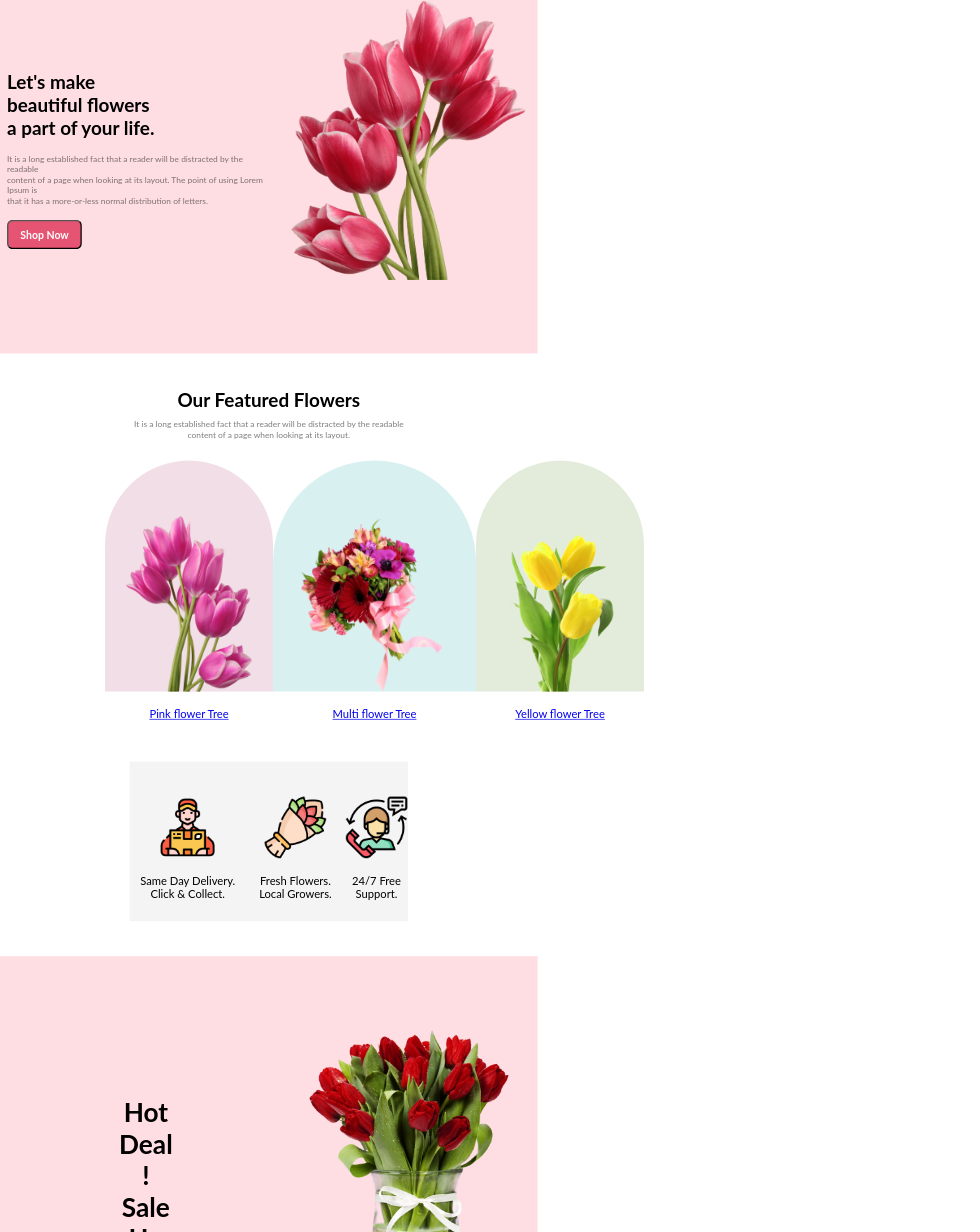
Repository: sadiaafsana138/Flower-Shop_Responsive
Page: index.html
The author's editor kept a copy of each file at every save. The page is drawn from the files as they stood at one save, then again after the next save.
The browser window is 768 px wide. The page is 1400 px wide, so the pictures cover 1400 px, including what lies to the right of the window. The pictures show the part of the page from y = 0 to 1760 px (the page is 3534 px tall), at 70% of full size.

Above is the page before, as saved 2023-09-07 05:22:00.

### index.html
<!DOCTYPE html>
<html lang="en">

<head>
    <meta charset="UTF-8">
    <meta name="viewport" content="width=device-width, initial-scale=1.0">
    <title>Flower Shop</title>
    <link rel="stylesheet" href="Flower.css">
</head>
<body>
    <header>
        <section class="Section1">
            <div>
                <div id="HeaderText1">
                    <h1>
                        Let's make<br>beautiful flowers<br>a part of your life.
                    </h1>
                </div>
                <div id="HeaderText2">
                    <p>
                        It is a long established fact that a reader will be distracted by the readable<br>content of a
                        page when looking at its layout. The point of using Lorem Ipsum is<br>that it has a more-or-less
                        normal distribution of letters.
                    </p>
                </div>
                <button class="Main_button">
                    Shop Now
                </button>
            </div>
            <div class="flowerBanner">
                <img src="Images/1.png" alt="Cover image" height="500px" width="400px">
            </div>
        </section>
    </header>
    <main>
        <section class="Section2">
            <div>
                <div id="Section_2_header1">
                    <h1>
                        Our Featured Flowers
                    </h1>
                </div>
                <div>
                    <p id="Section_2_header2">
                        It is a long established fact that a reader will be distracted by the readable<br>content of a
                        page when looking at its layout.
                    </p>
                </div>
            </div>
            <div class="Section_2_pictures">
                <div id="sec2_pic1">
                    <img src="Images/2.png" alt="" height="250px" width="180px">
                    <br>
                    <br>
                    <a href="https://flowersourcebd.com/" target="_blank">
                        Pink flower Tree
                    </a>
                </div>
                <div id="sec2_pic2">
                    <img src="Images/3.png" alt="" height="250px" width="230px">
                    <br>
                    <br>
                    <a href="https://flowersourcebd.com/" target="_blank">
                        Multi flower Tree
                    </a>
                </div>
                <div id="sec2_pic3">
                    <img src="Images/4.png" alt="" height="250px" width="180px">
                    <br>
                    <br>
                    <a href="https://flowersourcebd.com/" target="_blank">
                        Yellow flower Tree
                    </a>
                </div>
            </div>
        </section>
        <section class="Section3">
            <div class="Sec3_pic">
                <div>
                    <img src="Images/5.png" alt="">
                    <br>
                    <br>
                    <p>Same Day Delivery. Click & Collect.</p>
                </div>
                <div>
                    <img src="Images/6.png" alt="">
                    <br>
                    <br>
                    <p>Fresh Flowers. Local Growers.</p>
                </div>
                <div>
                    <img src="Images/7.png" alt="">
                    <br>
                    <br>
                    <p>24/7 Free Support.</p>
                </div>
            </div>
        </section>
        <section class="Section4">
            <div>
                <div id="Sec4_text1">
                    <h1>
                        Hot Deal ! Sale Up To 25% <span id="off_color">Off</span>
                    </h1>
                </div>
                <br>
                <div id="Sec4_text2">
                    <p>
                        It is a long established fact that a reader will be distracted by the readable<br>content of a page when looking at its layout.
                    </p>
                </div>
                <br>
                <button class="Main_button">
                    Sign Up
                </button>
            </div>
            <div id="sec4_vas">
                <img src="Images/8.png" alt="" height="380px" width="300px">
            </div>
        </section>
        <section class="Section5">
            <div>
                <div id="Section_2_header1">
                    <h1>
                        Instagram
                    </h1>
                </div>
                <div>
                    <p id="Section_2_header2">
                        It is a long established fact that a reader will be distracted by the readable<br>content of a
                        page when looking at its layout.
                    </p>
                </div>
            </div>
            <div class="Section_2_pictures">
                <div>
                    <img src="Images/9.png" alt="" height="250px" width="200px">
                </div>
                <div>
                    <img src="Images/10.png" alt="" height="250px" width="200px">
                </div>
                <div>
                    <img src="Images/11.png" alt="" height="250px" width="200px">
                </div>
                <div>
                    <img src="Images/12.png" alt="" height="250px" width="200px">
                </div>
            </div>
        </section>
        <section class="Section6">
            <div>
                <img src="Images/14.png" alt="" height="320px" width="700px">
                <br>
                <button class="ways">
                    See more
                </button>
            </div>
            <div>
                <img src="Images/15.png" alt="" height="320px" width="700px">
                <br>
                <input type="text" placeholder="Write your meessage here" size="50">
                <button class="message">
                    Submit
                </button>
            </div>
        </section>
        <section class="Section7">
            <div class="Sec7">
                <div id="Section_2_header1">
                    <h1>
                        Get The Latest Deals
                    </h1>
                </div>
                <div>
                    <p id="Section_2_header2">
                        $30 coupon for first shopping
                    </p>
                </div>
                <div>
                    <input type="email" placeholder="Input your Email Id here" size="50">
                <button class="message">
                    Subscribe
                </button>
                </div>
            </div>
        </section>
    </main>
    <footer>
        <section class="Section8">
            <div>
                <div id="Sec4_text1">
                    <h1>
                        <span id="off_color">Flower</span><span class="white_color">Shop</span>
                    </h1>
                </div>
                <br>
                <div id="Sec4_text2">
                    <p class="white_color">
                        It is a long established fact that a reader will be distracted by the readable<br>content of a page when looking at its layout.
                    </p>
                    <br>
                    <p id="assh">
                        @2020-2023, FlowerShop.com. All rights reserved
                    </p>
                </div>
            </div>
        </section>
    </footer>
</body>
</html>

### Flower.css
*{
    margin:0px;
    font-family: Lato;
    font-style: normal;
}
/*Section 1*/
.Section1{
    background-color: rgb(255, 222, 227);
    height:500px;
    width: 100%;
    display: flex;
    justify-content: space-around;
}
#HeaderText1{
    padding: 100px 70px 5px 100px;
    font-size:  25px;
    font-weight: 800;

}
#HeaderText2{
    padding: 10px 0px 5px 100px;
    font-size:  12px;
    font-weight: 400;
    color:rgba(39, 39, 39, 0.60);
}
.Main_button{
    border-radius: 8px;
    background: #E55473;
    color: #FFF;
    font-size: 15px;
    font-weight: 700;
    padding: 10px 17px;
    margin: 10px 0px 0px 100px;
}
/*Section 2*/
#Section_2_header1{
    padding: 50px 0px 10px 0px;
    font-size:  18px;
    font-weight: 800;
    text-align: center;
}
#Section_2_header2{
    font-size:  12px;
    font-weight: 400;
    color:rgba(39, 39, 39, 0.60);
    text-align: center;
}
.Section_2_pictures{
    margin: 30px 150px 0px;
    justify-content: space-around;
    display: flex;
}
#sec2_pic1{
    border-radius: 300px 300px 0px 0px;
    background: rgba(167, 33, 98, 0.15);
    height:250px ;
    width: 230px;
    padding: 80px 30px 0px 30px;
    text-align: center;
}
#sec2_pic2{
    border-radius: 300px 300px 0px 0px;
    background:rgba(5, 151, 160, 0.15);
    height: 250px;
    width: 230px;
    padding: 80px 30px 0px 30px;
    text-align: center;
}
#sec2_pic3{
    border-radius: 300px 300px 0px 0px;
    background: rgba(71, 125, 17, 0.15);
    height: 250px;
    width: 230px;
    padding: 80px 30px 0px 30px;
    text-align: center;

}
/*Section 3*/
.Sec3_pic{
    background: rgba(39, 39, 39, 0.05);
    margin: 100px 185px 0px;
    padding: 50px 0px 30px;
    justify-content: space-around;
    display: flex;
    text-align: center;
}
/* Section 4 */
.Section4{
    margin-top: 50px;
    background-color: rgb(255, 222, 227);
    height:500px;
    width: 100%;
    display: flex;
    justify-content: space-around;
    text-align: center;
}
#Sec4_text1{
    padding: 200px 70px 5px 170px;
    font-size:25px;
    font-weight: 800;
}
#Sec4_text2{
    padding: 10px 0px 0px 100px;
    font-size:  15px;
    font-weight: 400;
    color:rgba(39, 39, 39, 0.60);
}
#off_color{
    color: #E55473;
}
#sec4_vas{
    padding: 100px 120px ;
}
/*section 6 */
.Section6{
    margin-top: 50px;
    background-color: rgb(255, 222, 227);
    height:400px;
    width: 100%;
    display: flex;
    justify-content: space-around;
}
.message{
    border-radius: 8px;
    background: #E55473;
    color: #FFF;
    font-size: 15px;
    font-weight: 700;
    padding: 10px 25px;
    margin: 10px 0px 0px 10px;
}
.ways{
    border-radius: 8px;
    background: #E55473;
    color: #FFF;
    font-size: 15px;
    font-weight: 700;
    padding: 10px 30px;
    margin: 10px 250px ;
}
/*section 7*/
.Section7{
    background-image: url(Images/13.png);
    margin: 100px 185px 0px;
}
.Sec7{
    padding: 50px 0px 30px;
    text-align: center;
}
/*Section 8*/
.Section8{
    margin-top: 50px;
    background-color: rgb(0, 0, 0);
    height:400px;
    width: 100%;
    text-align: center;

}
.white_color{
    color: #FFF;
}
#assh{
    color: rgba(169, 169, 169, 0.589);
}




/*Responsive*/
/*Tab*/
@media screen and (min-width:768px) and (max-width:992px) {
    .Section1{
    height:505px;
    justify-content: space-evenly;
    }
    #HeaderText1{
        padding: 100px 10px 10px 10px;
    }
    #HeaderText2{
        padding: 10px;
    }
    .Main_button{
        margin: 10px 0px 0px 10px;
    }
    .flowerBanner img{
        max-width:100% ;
        height: auto;
    }
}







/*Mobile*/
@media screen and (max-width:768px) {
    .Section1{
        height:505px;
        justify-content: space-evenly;
        }
        #HeaderText1{
            padding: 100px 10px 10px 10px;
            font-size:  18px;
        }
        #HeaderText2{
            padding: 10px;
        }
        .Main_button{
            margin: 10px 0px 0px 10px;
        }
        .flowerBanner img{
            max-width:100% ;
            height: 400px;
        }
}

After the next save:
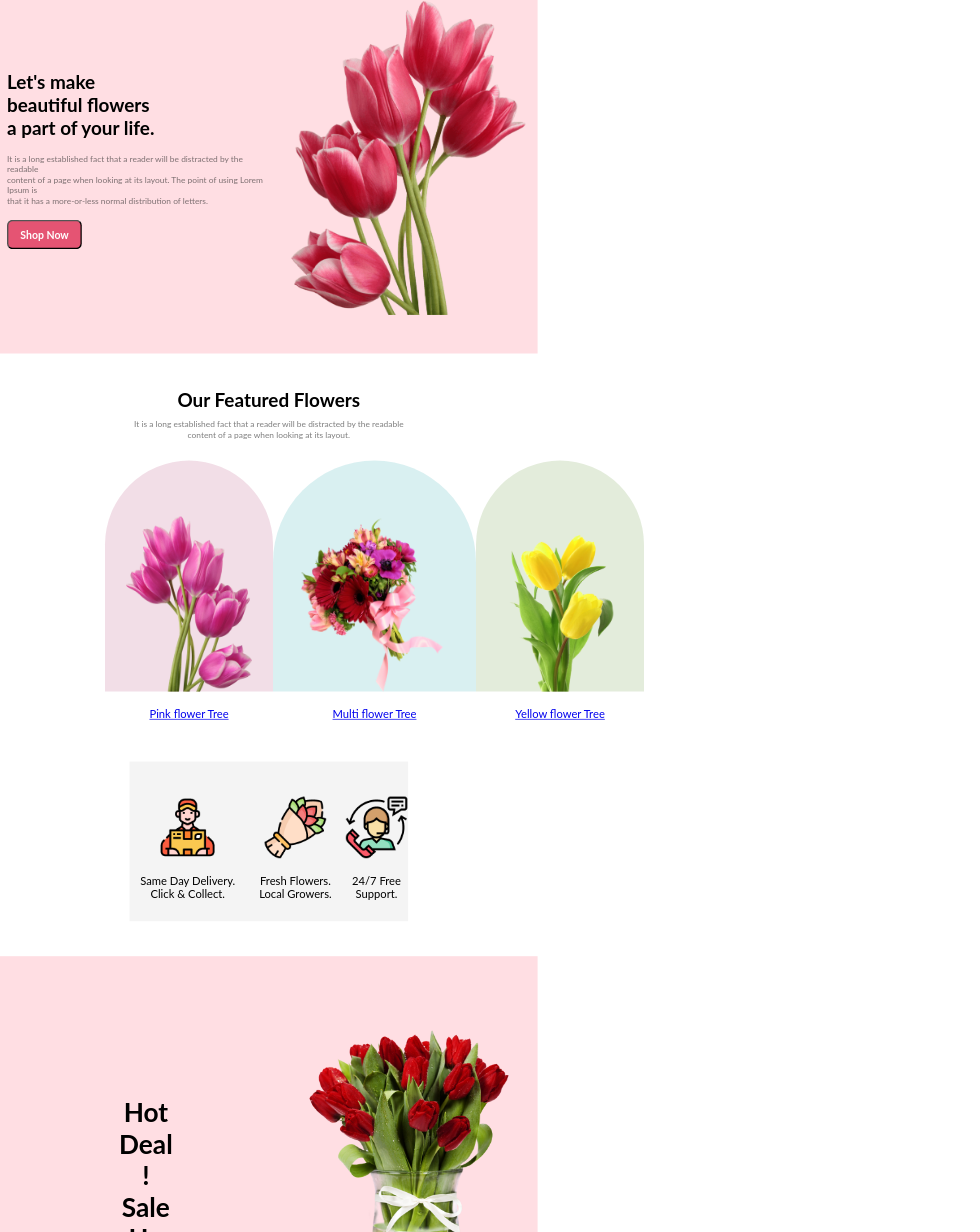
Saved 10 s later.
--- a/Flower.css
+++ b/Flower.css
@@ -212,6 +212,6 @@
         }
         .flowerBanner img{
             max-width:100% ;
-            height: 400px;
-        }
-}
+            height: 450px;
+        }
+}
